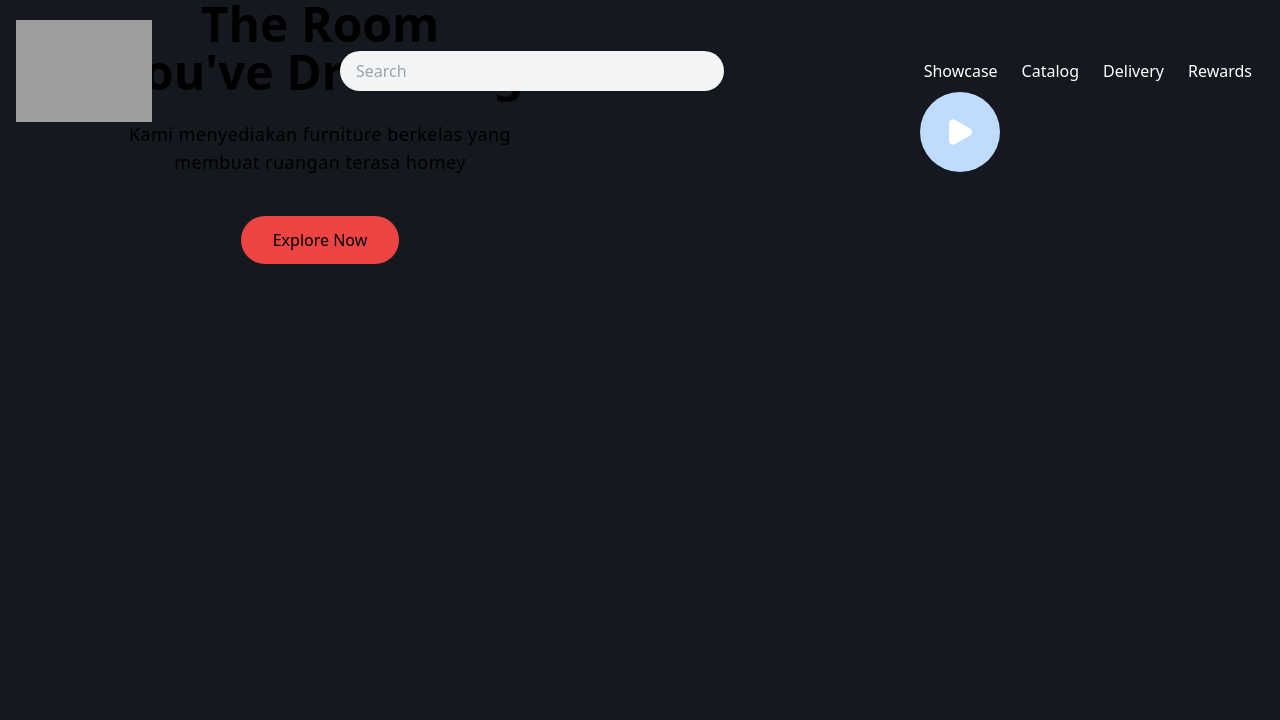
Repository: farrelmuhammad/anime-collections
Page: /
The author's editor kept a copy of each file at every save. The page is drawn from the files as they stood at one save, then again after the next save.
The browser window is 1280 px wide. The pictures show the whole page.
Pictures or frames that could not be fetched are drawn as grey boxes. The page's requests for data from a server got no answer. The project was rebuilt for these pictures with package versions that can differ from the ones it lists, and the page was loaded fresh each time. No one was signed in, and anything a server would have sent is missing. Also part of the build but not shown: src/App.css.

Above is the page before, as saved 2023-08-03 23:57:14.

After the next save:
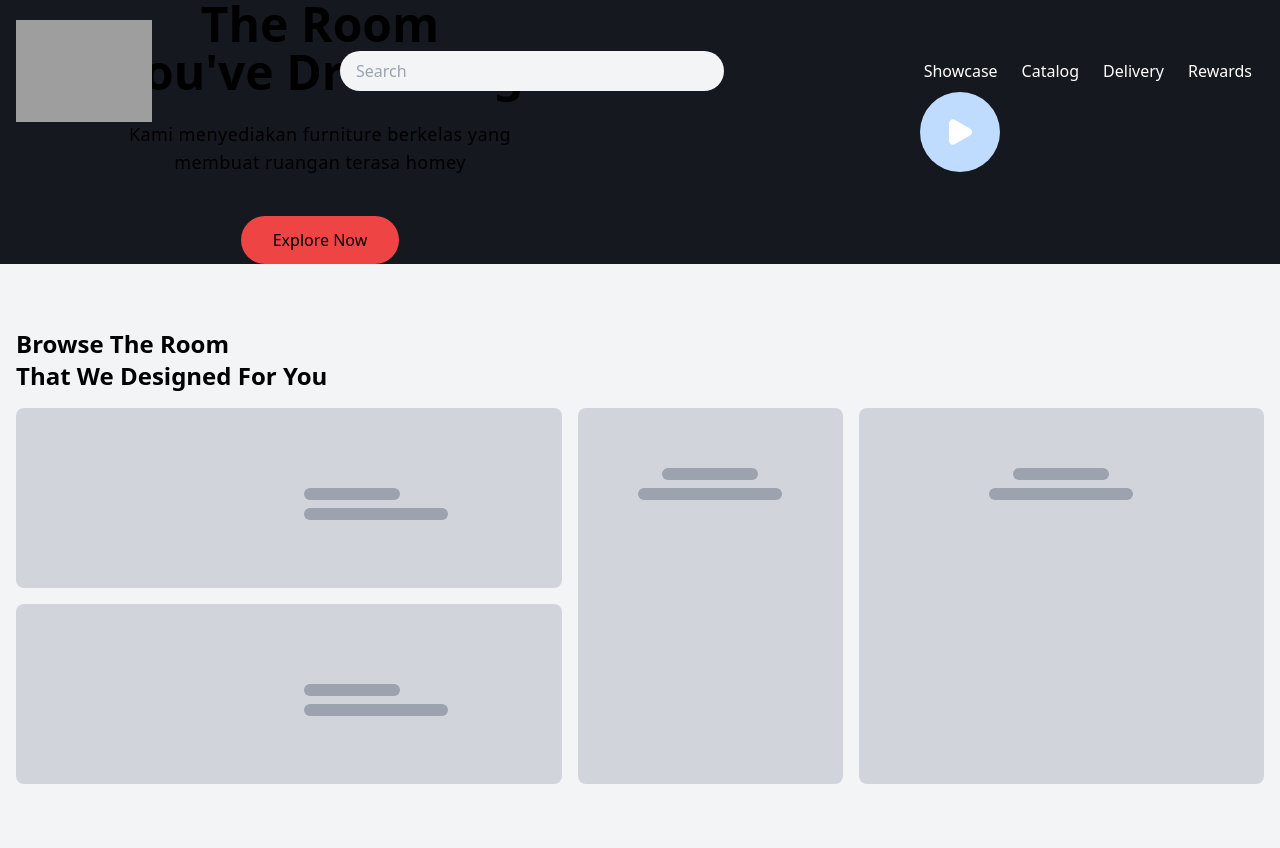
Saved 24 s later.
--- a/src/pages/Home.tsx
+++ b/src/pages/Home.tsx
@@ -1,12 +1,14 @@
 import React from 'react'
 import Header from '../parts/Header'
 import Hero from '../parts/Home/Hero'
+import Categories from '../parts/Home/Categories'
 
 const Home = () => {
     return (
         <>
             <Header theme="white" position="absolute" />
             <Hero />
+            <Categories />
         </>
     )
 }
